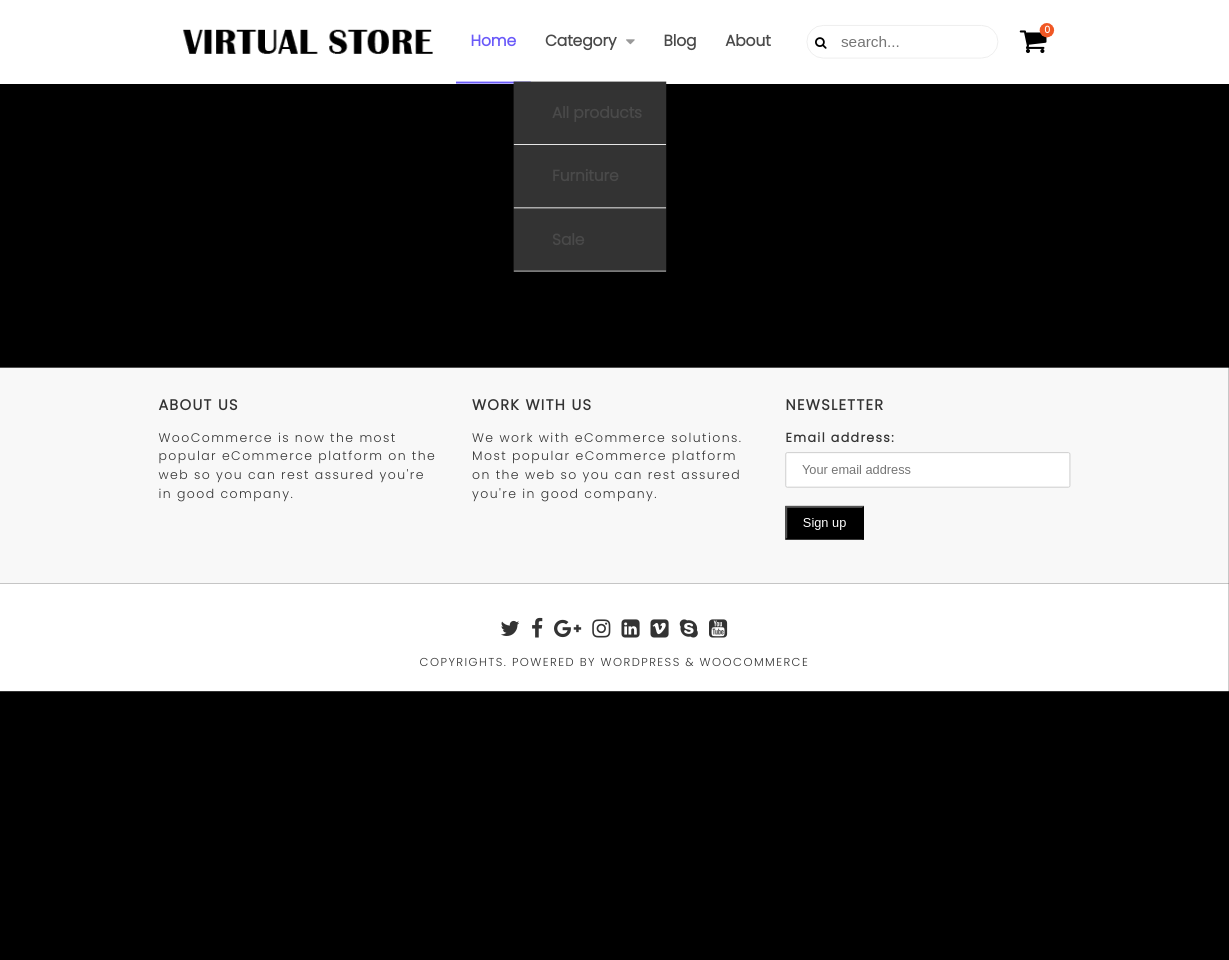
Repository: dungle03/tke_web_nhom_15
Page: index.html
The author's editor kept a copy of each file at every save. The page is drawn from the files as they stood at one save, then again after the next save.
The browser window is 1280 px wide. The pictures show the whole page, at 96% of full size.

Above is the page before, as saved 2022-09-13 23:25:14.
Not found: resest.css

After the next save:
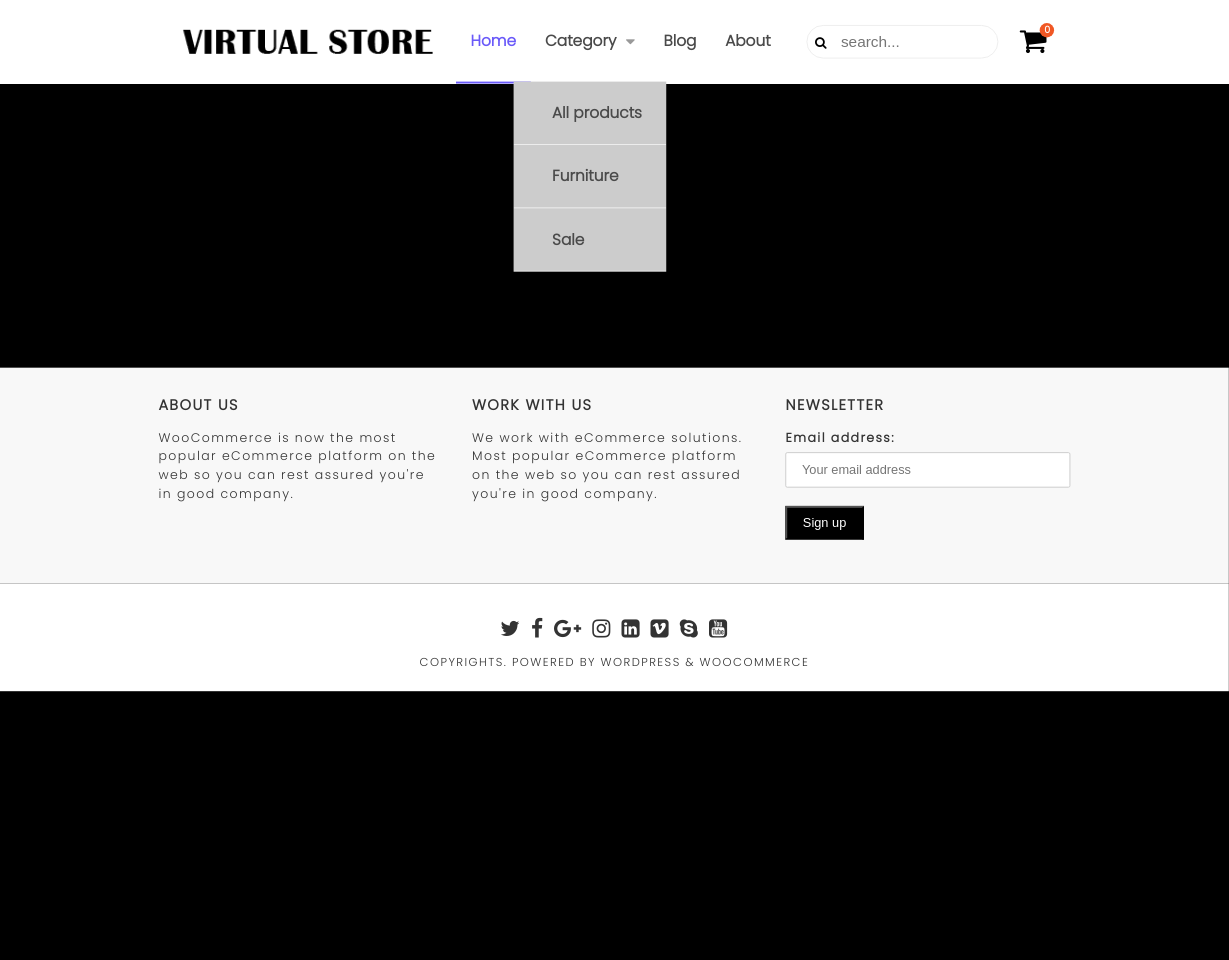
Saved 56 s later.
--- a/CSS/header.css
+++ b/CSS/header.css
@@ -138,18 +138,18 @@ html {
 .category-more{
   position: relative;
 }
+
+.dropdow{
+  position: absolute;
+  top: 100%;
+  background-color: #cccccc;
+}
 .dropdow_caret{
   margin-left: 10px;
 }
 .dropdow-item{
   padding: 20px 25px 20px 40px;
   border-bottom: 1px solid #eee;
-}
-
-.dropdow{
-  position: absolute;
-  top: 100%;
-  background-color: #333333;
 }
 
 /* FORTER */
